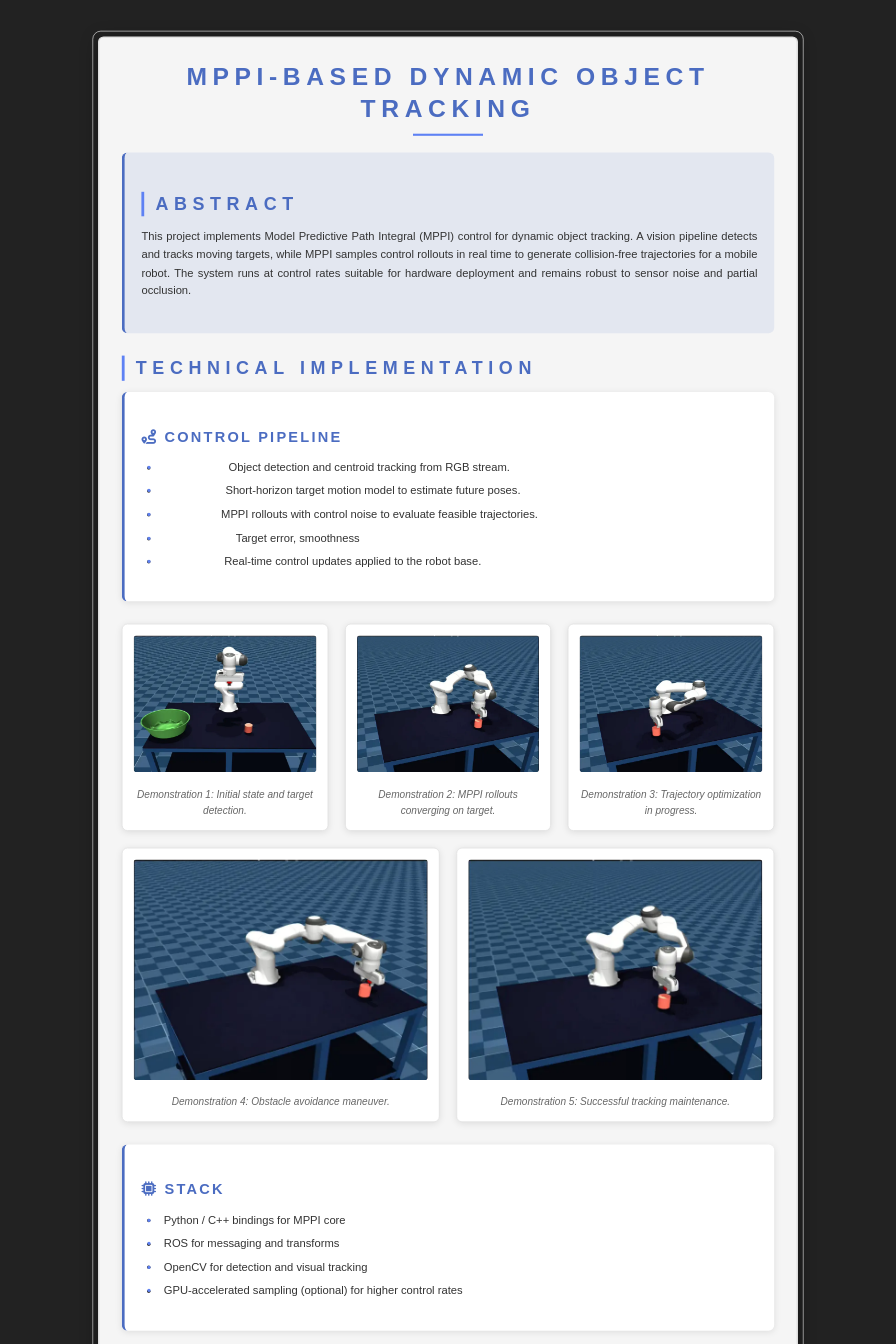
Repository: bk-poudel/bk-poudel.github.io
Page: projects/mppi_dynamic_object_tracking.html
An editor plug-in stored every save of this project. The page is shown before and after the next save, followed by the edit.
The browser window is 1280 px wide. The pictures show the part of the page from y = 0 to 1920 px (the page is 2709 px tall before and 2603 px after), at 70% of full size.

Above is the page before, as saved 2026-01-04 12:15:23.

### projects/mppi_dynamic_object_tracking.html
<!DOCTYPE HTML>
<html lang="en">
<head>
    <title>MPPI Dynamic Object Tracking - BK Poudel</title>
    <meta charset="utf-8" />
    <meta name="viewport" content="width=device-width, initial-scale=1, user-scalable=no" />
    <link rel="stylesheet" href="assets/css/main.css" />
    <link rel="stylesheet" href="https://cdnjs.cloudflare.com/ajax/libs/font-awesome/6.4.0/css/all.min.css" />
    <noscript><link rel="stylesheet" href="assets/css/noscript.css" /></noscript>
    <style>
        :root {
            --primary: #4b6cc1;
            --secondary: #666666;
            --accent: #5e81f4;
            --light: #f8f8f8;
            --dark: #1a1a1a;
            --text: #333333;
            --frame-color: #dddddd;
            --bg-color: #222222;
            --content-bg: #f5f5f5;
        }
        body {
            background-color: var(--bg-color);
            font-family: 'Arial', sans-serif;
            line-height: 1.6;
            padding: 20px;
        }
        .project-content {
            max-width: 1000px;
            margin: 2rem auto;
            padding: 2rem;
            background: var(--content-bg);
            border-radius: 8px;
            box-shadow: 0 4px 25px rgba(0,0,0,0.4);
            border: 2px solid var(--frame-color);
            position: relative;
            color: var(--text);
        }
        .project-content::before {
            content: "";
            position: absolute;
            top: -10px;
            left: -10px;
            right: -10px;
            bottom: -10px;
            border: 1px solid var(--frame-color);
            border-radius: 12px;
            pointer-events: none;
            z-index: -1;
        }
        h1 {
            text-align: center;
            color: var(--primary);
            font-size: 2.2rem;
            margin-bottom: 1.5rem;
            position: relative;
            padding-bottom: 1rem;
        }
        h1::after {
            content: "";
            position: absolute;
            bottom: 0;
            left: 50%;
            transform: translateX(-50%);
            width: 100px;
            height: 3px;
            background: var(--accent);
        }
        h2 {
            color: var(--primary);
            font-size: 1.6rem;
            margin-top: 2rem;
            margin-bottom: 1rem;
            border-left: 4px solid var(--accent);
            padding-left: 1rem;
        }
        h3 {
            color: var(--primary);
            font-size: 1.3rem;
            margin-top: 1.5rem;
        }
        p {
            text-align: justify;
            margin-bottom: 1.5rem;
            color: var(--text);
        }
        ul {
            padding-left: 1.5rem;
            margin-bottom: 1.25rem;
        }
        li {
            margin-bottom: 0.5rem;
            position: relative;
            color: var(--text);
        }
        li::before {
            content: "•";
            color: var(--accent);
            font-weight: bold;
            position: absolute;
            left: -1rem;
        }
        .button {
            background: var(--primary);
            color: white;
            padding: 0.8rem 1.5rem;
            border-radius: 4px;
            text-decoration: none;
            display: inline-flex;
            align-items: center;
            transition: all 0.3s ease;
            font-weight: 500;
            border: none;
        }
        .button:hover {
            background: var(--accent);
            transform: translateY(-2px);
        }
        .abstract {
            background-color: rgba(75, 108, 193, 0.1);
            padding: 1.5rem;
            border-radius: 8px;
            margin-bottom: 2rem;
            border-left: 4px solid var(--primary);
        }
        .figure-container {
            display: flex;
            justify-content: space-around;
            flex-wrap: wrap;
            gap: 1.5rem;
            margin: 2rem 0;
        }
        .figure {
            flex: 1;
            min-width: 250px;
            text-align: center;
            background: white;
            padding: 1rem;
            border-radius: 8px;
            box-shadow: 0 2px 10px rgba(0,0,0,0.1);
            transition: transform 0.3s ease;
            border: 1px solid #e0e0e0;
        }
        .figure:hover { transform: translateY(-5px); }
        .figure img {
            width: 100%;
            height: auto;
            object-fit: cover;
            border-radius: 4px;
            margin-bottom: 0.8rem;
        }
        .figure-caption {
            font-style: italic;
            color: var(--secondary);
            font-size: 0.9rem;
        }
        .feature-list {
            display: grid;
            grid-template-columns: repeat(auto-fit, minmax(280px, 1fr));
            gap: 1.5rem;
        }
        .feature-item {
            background: white;
            padding: 1.5rem;
            border-radius: 8px;
            box-shadow: 0 2px 10px rgba(0,0,0,0.1);
            border-left: 4px solid var(--primary);
        }
        @media (max-width: 768px) {
            .project-content { padding: 1.5rem; margin: 1rem; }
            h1 { font-size: 1.8rem; }
            .figure-container { flex-direction: column; }
        }
    </style>
</head>
<body class="is-preload">
    <div class="project-content">
        <h1>MPPI-Based Dynamic Object Tracking</h1>
        <div class="abstract">
            <h2>Abstract</h2>
            <p>This project implements Model Predictive Path Integral (MPPI) control for dynamic object tracking. A vision pipeline detects and tracks moving targets, while MPPI samples control rollouts in real time to generate collision-free trajectories for a mobile robot. The system runs at control rates suitable for hardware deployment and remains robust to sensor noise and partial occlusion.</p>
        </div>
        <div class="technologies-used">
            <h2>Technical Implementation</h2>
            <div class="feature-item">
                <h3><i class="fas fa-route"></i> Control Pipeline</h3>
                <ul>
                    <li><strong>Perception:</strong> Object detection and centroid tracking from RGB stream.</li>
                    <li><strong>Prediction:</strong> Short-horizon target motion model to estimate future poses.</li>
                    <li><strong>Sampling:</strong> MPPI rollouts with control noise to evaluate feasible trajectories.</li>
                    <li><strong>Cost Design:</strong> Target error, smoothness</li>
                    <li><strong>Execution:</strong> Real-time control updates applied to the robot base.</li>
                </ul>
            </div>
        </div>
        <div class="figure-container">
            <div class="figure">
            <img src="../assets/project_images/MPPI/wemp-1.webp" alt="MPPI tracking visualization 1">
            <div class="figure-caption">Demonstration 1: Initial state and target detection.</div>
            </div>
            <div class="figure">
            <img src="../assets/project_images/MPPI/wemp-2.webp" alt="MPPI tracking visualization 2">
            <div class="figure-caption">Demonstration 2: MPPI rollouts converging on target.</div>
            </div>
            <div class="figure">
            <img src="../assets/project_images/MPPI/wemp-3.webp" alt="MPPI tracking visualization 3">
            <div class="figure-caption">Demonstration 3: Trajectory optimization in progress.</div>
            </div>
            <div class="figure">
            <img src="../assets/project_images/MPPI/wemp-4.webp" alt="MPPI tracking visualization 4">
            <div class="figure-caption">Demonstration 4: Obstacle avoidance maneuver.</div>
            </div>
            <div class="figure">
            <img src="../assets/project_images/MPPI/wemp-5.webp" alt="MPPI tracking visualization 5">
            <div class="figure-caption">Demonstration 5: Successful tracking maintenance.</div>
            </div>
        </div>
        <div class="feature-item">
                <h3><i class="fas fa-microchip"></i> Stack</h3>
                <ul>
                    <li>Python / C++ bindings for MPPI core</li>
                    <li>ROS for messaging and transforms</li>
                    <li>OpenCV for detection and visual tracking</li>
                    <li>GPU-accelerated sampling (optional) for higher control rates</li>
                </ul>
            </div>
        <div class="products-created">
            <h2>Key Features</h2>
            <div class="feature-list">
                <div class="feature-item">
                    <h3><i class="fas fa-bolt"></i> Real-Time MPPI</h3>
                    <p>Runs at control rates suitable for hardware, with adjustable rollout counts for CPU/GPU targets.</p>
                </div>
                <div class="feature-item">
                    <h3><i class="fas fa-shield-alt"></i> Collision-Aware</h3>
                    <p>Penalizes proximity to static and dynamic obstacles, keeping trajectories safe in cluttered scenes.</p>
                </div>
                <div class="feature-item">
                    <h3><i class="fas fa-eye"></i> Robust Tracking</h3>
                    <p>Handles noisy detections and short occlusions using filtered target state and motion priors.</p>
                </div>
            </div>
        </div>
        <div class="impact">
            <h2>Results and Impact</h2>
            <p>The controller maintains <em>< 10 cm</em> steady-state tracking error in simulation and remains stable during 1–2 s occlusion events. Sampling budgets scale gracefully, enabling deployment on embedded GPUs for field robots.</p>
        </div>
        <div class="conclusion">
            <h2>Conclusion</h2>
            <p>MPPI provides a flexible, sampling-based alternative to classical MPC for fast-moving targets. The modular perception-to-control stack can be adapted to aerial, ground, or manipulator platforms with minimal retuning.</p>
        </div>
        <div class="home-button" style="text-align: center; margin-top: 3rem;">
            <a href="../index.html#projects" class="button">
                <i class="fas fa-arrow-left"></i>
                 Back to Projects
            </a>
        </div>
    </div>
    <script src="assets/js/jquery.min.js"></script>
    <script src="assets/js/browser.min.js"></script>
    <script src="assets/js/breakpoints.min.js"></script>
    <script src="assets/js/util.js"></script>
    <script src="assets/js/main.js"></script>
</body>
</html>

Loaded but not shown: assets/css/fontawesome-all.min.css (library); assets/js/jquery.min.js (library); assets/js/browser.min.js (common file); assets/js/breakpoints.min.js (common file); assets/js/util.js (587 lines, source omitted); assets/js/main.js (401 lines, source omitted); assets/css/main.css (1753 lines, source omitted)

After the next save:
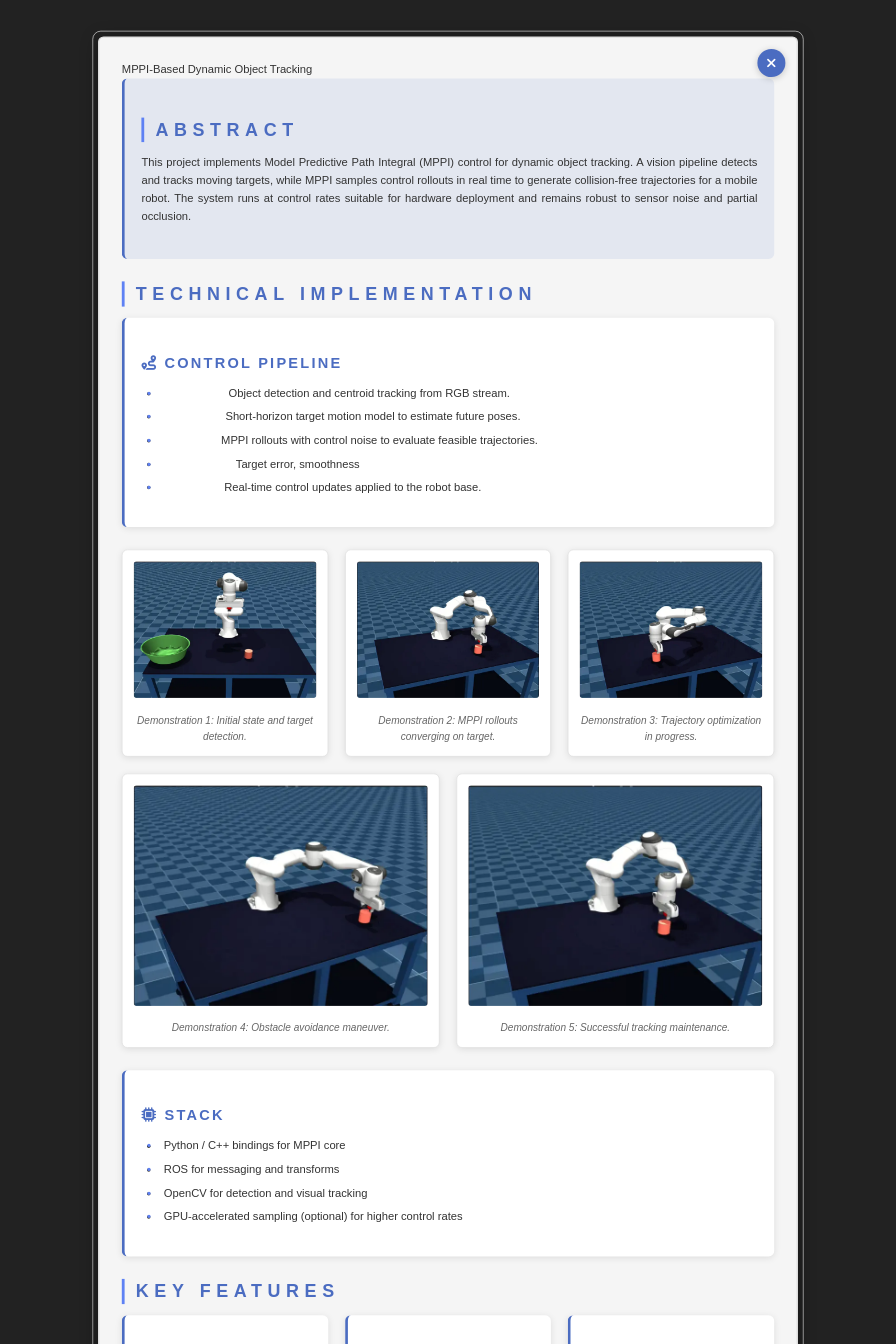
Saved 4 days later.
--- a/projects/mppi_dynamic_object_tracking.html
+++ b/projects/mppi_dynamic_object_tracking.html
@@ -48,6 +48,36 @@
             pointer-events: none;
             z-index: -1;
         }
+        .close-button {
+            position: absolute;
+            top: 1rem;
+            right: 1rem;
+            width: 40px;
+            height: 40px;
+            background: var(--primary);
+            border: none;
+            border-radius: 50%;
+            color: white;
+            font-size: 1.2rem;
+            cursor: pointer;
+            display: flex;
+            align-items: center;
+            justify-content: center;
+            transition: all 0.3s ease;
+            z-index: 10;
+            text-decoration: none;
+            box-shadow: 0 2px 10px rgba(0,0,0,0.2);
+        }
+        .close-button:hover {
+            background: var(--accent);
+            transform: scale(1.1);
+            box-shadow: 0 4px 15px rgba(0,0,0,0.3);
+            color: white;
+            text-decoration: none;
+        }
+        .close-button:active {
+            transform: scale(0.95);
+        }
         h1 {
             text-align: center;
             color: var(--primary);
@@ -175,7 +205,10 @@
 </head>
 <body class="is-preload">
     <div class="project-content">
-        <h1>MPPI-Based Dynamic Object Tracking</h1>
+                <a href="../index.html#projects" class="close-button" title="Back to Projects">
+            <i class="fas fa-times"></i>
+        </a>
+        MPPI-Based Dynamic Object Tracking</h1>
         <div class="abstract">
             <h2>Abstract</h2>
             <p>This project implements Model Predictive Path Integral (MPPI) control for dynamic object tracking. A vision pipeline detects and tracks moving targets, while MPPI samples control rollouts in real time to generate collision-free trajectories for a mobile robot. The system runs at control rates suitable for hardware deployment and remains robust to sensor noise and partial occlusion.</p>

After the save that followed:
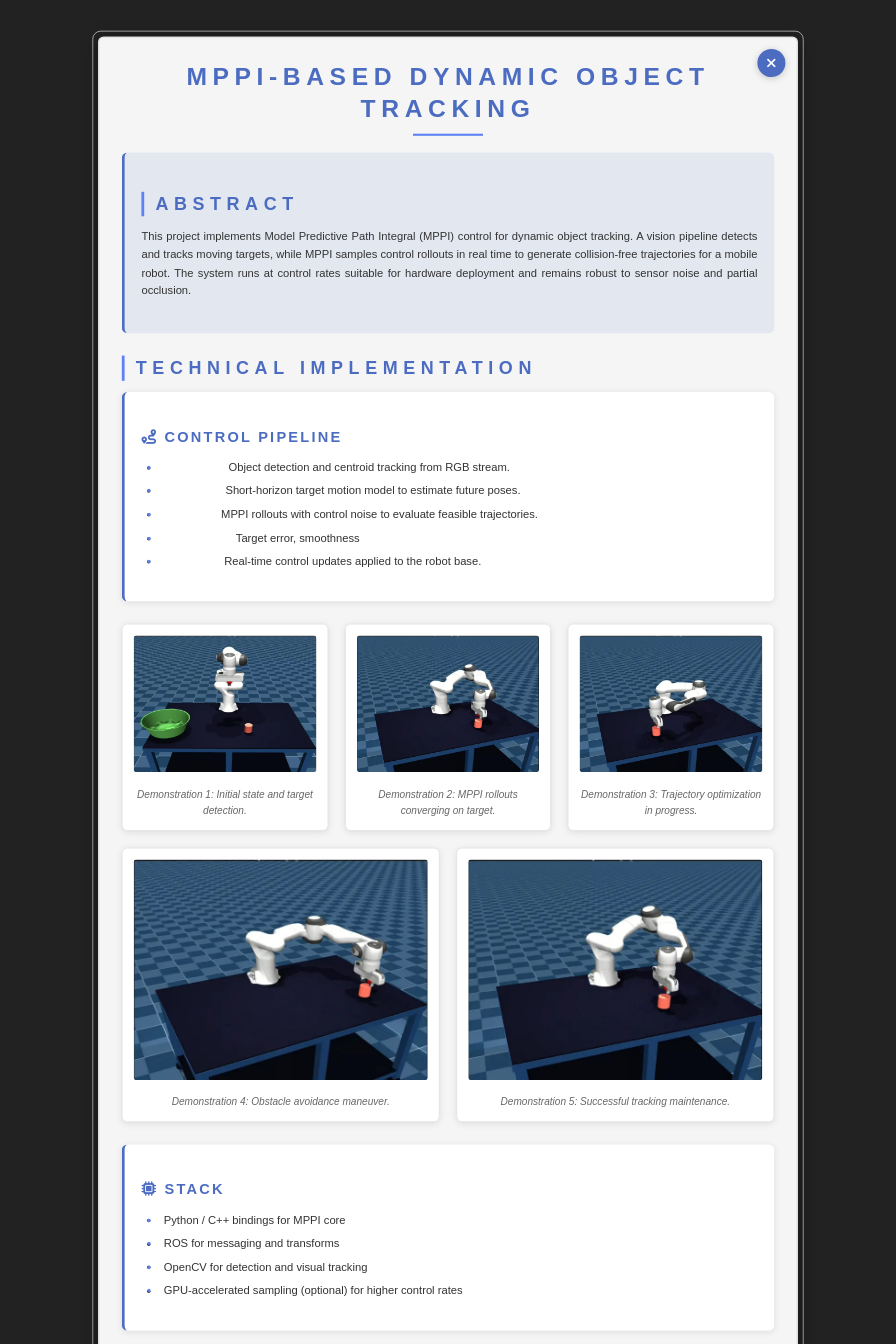
Saved 48 s later.
--- a/projects/mppi_dynamic_object_tracking.html
+++ b/projects/mppi_dynamic_object_tracking.html
@@ -205,10 +205,10 @@
 </head>
 <body class="is-preload">
     <div class="project-content">
-                <a href="../index.html#projects" class="close-button" title="Back to Projects">
+        <a href="../index.html#projects" class="close-button" title="Back to Projects">
             <i class="fas fa-times"></i>
         </a>
-        MPPI-Based Dynamic Object Tracking</h1>
+        <h1>MPPI-Based Dynamic Object Tracking</h1>
         <div class="abstract">
             <h2>Abstract</h2>
             <p>This project implements Model Predictive Path Integral (MPPI) control for dynamic object tracking. A vision pipeline detects and tracks moving targets, while MPPI samples control rollouts in real time to generate collision-free trajectories for a mobile robot. The system runs at control rates suitable for hardware deployment and remains robust to sensor noise and partial occlusion.</p>
